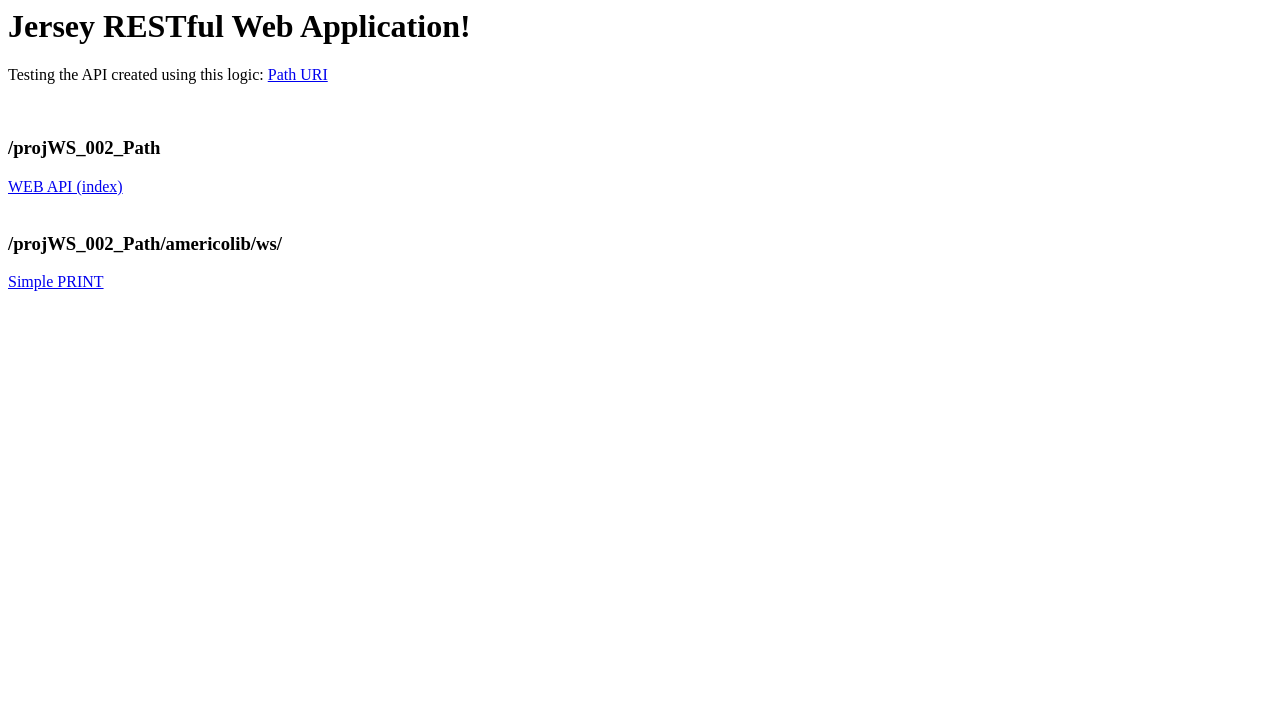
Repository: atafs/BackEnd_JAX-RS_REST_2continue
Page: http://localhost/projWS_002_Path/
These files come from the project's save history. The page is drawn as it stood at one moment and after the next save; the edit follows.
The browser window is 1280 px wide. The pictures show the whole page.
The page is served by Tomcat 9.

Above is the page before, as saved 2016-05-02 10:41:01.

After the next save:
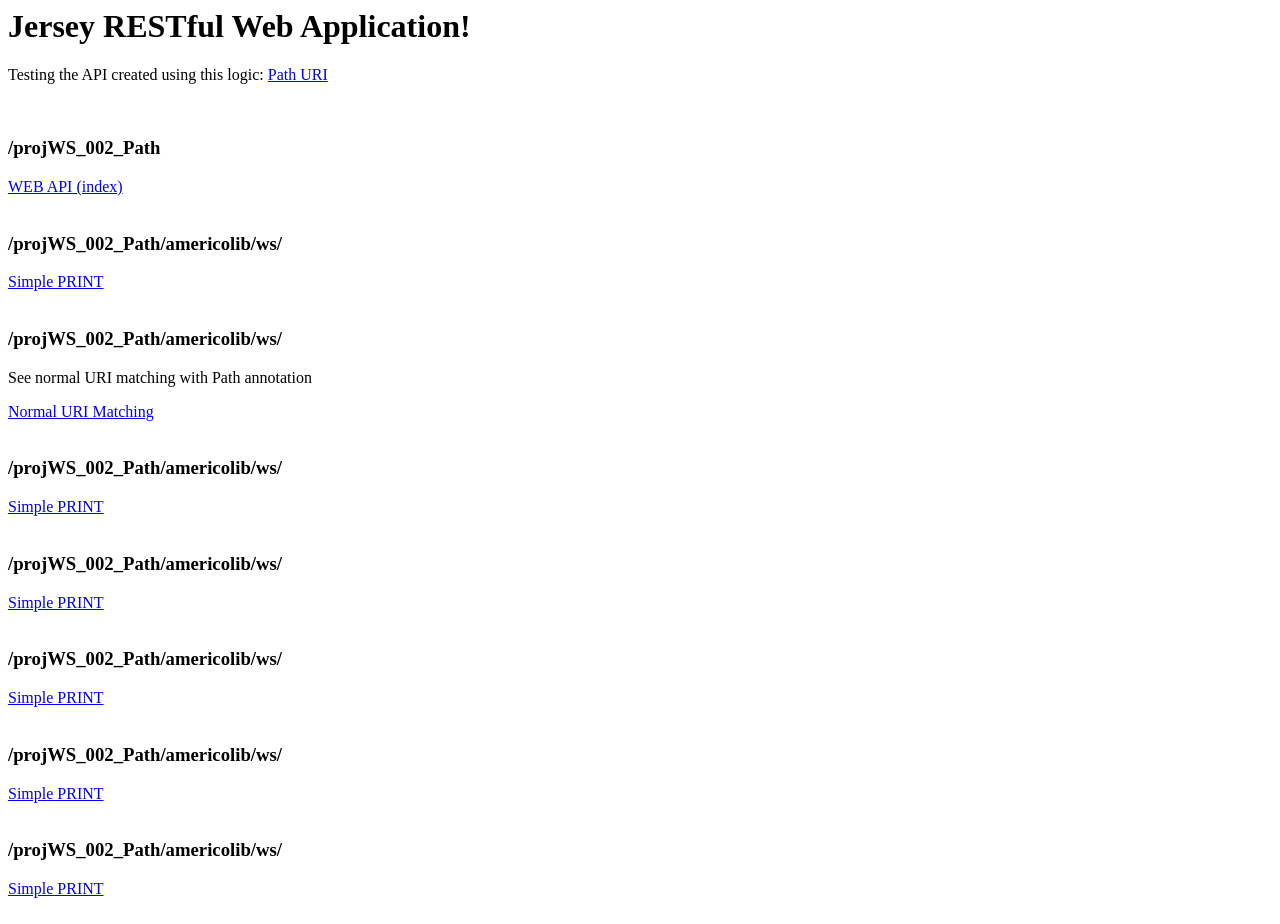
Saved 37 min 34 s later.
--- a/projWS_002_Path/src/main/webapp/index.jsp
+++ b/projWS_002_Path/src/main/webapp/index.jsp
@@ -16,5 +16,29 @@
 	<h3>/projWS_002_Path/americolib/ws/</h3>
 	<a href="http://localhost:8085/projWS_002_Path/americolib/ws/">Simple PRINT</a><br/><br/>
 
+
+
+
+
+	<h3>/projWS_002_Path/americolib/ws/</h3>
+	<p>See normal URI matching with Path annotation</p>
+	<a href="http://localhost:8085/projWS_002_Path/americolib/ws/vip">Normal URI Matching</a><br/><br/>
+
+	<h3>/projWS_002_Path/americolib/ws/</h3>
+	<a href="http://localhost:8085/projWS_002_Path/americolib/ws/">Simple PRINT</a><br/><br/>
+
+	<h3>/projWS_002_Path/americolib/ws/</h3>
+	<a href="http://localhost:8085/projWS_002_Path/americolib/ws/">Simple PRINT</a><br/><br/>
+
+	<h3>/projWS_002_Path/americolib/ws/</h3>
+	<a href="http://localhost:8085/projWS_002_Path/americolib/ws/">Simple PRINT</a><br/><br/>
+
+	<h3>/projWS_002_Path/americolib/ws/</h3>
+	<a href="http://localhost:8085/projWS_002_Path/americolib/ws/">Simple PRINT</a><br/><br/>
+
+	<h3>/projWS_002_Path/americolib/ws/</h3>
+	<a href="http://localhost:8085/projWS_002_Path/americolib/ws/">Simple PRINT</a><br/><br/>
+
+
 </body>
 </html>
